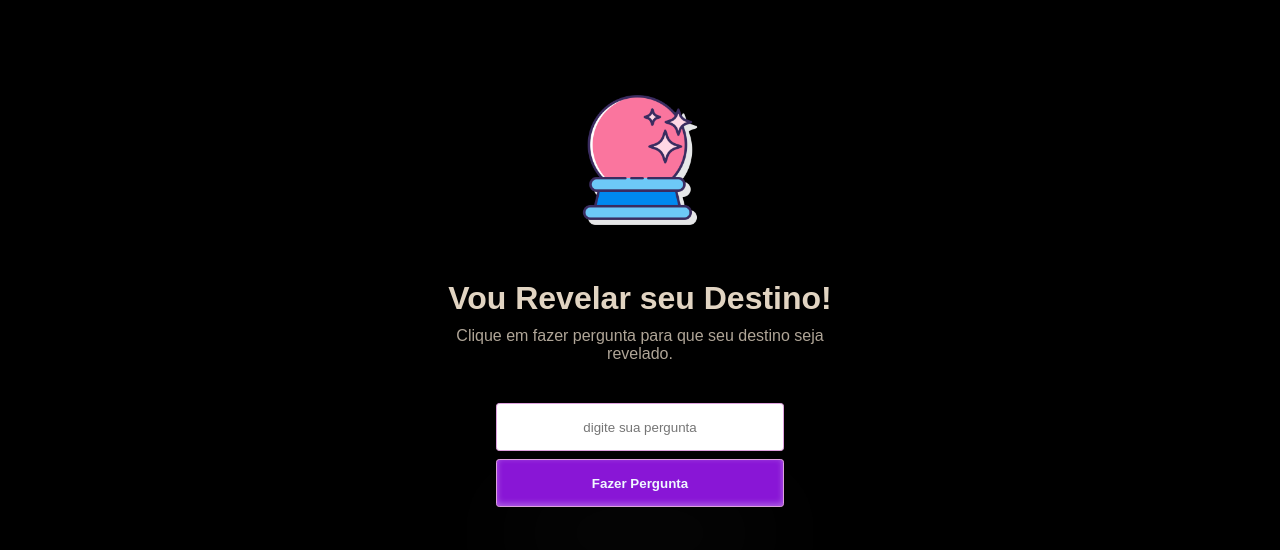
Repository: guilhermecardoso93/nlwexplorer
Page: index.html
These files come from the project's save history. The page is drawn as it stood at one moment and after the next save; the edit follows.
The browser window is 1280 px wide. The pictures show the whole page.

Above is the page before, as saved 2022-06-08 23:58:06.

### index.html
<!DOCTYPE html>
<html lang="pt-br">
  <head>
    <meta charset="UTF-8" />
    <meta http-equiv="X-UA-Compatible" content="IE=edge" />
    <meta name="viewport" content="width=device-width, initial-scale=1.0" />
    <link rel="stylesheet" href="./styles.css" />
    <title>NLW Explorer</title>
  </head>
  <body>
    <div class="principal">
      <img
        src="./cristalball.png"
        alt="Imagem de uma bola de cristal"
        id="cristalBallImg"
      />
      <h1>Vou Revelar seu Destino!</h1>
      <p>Clique em fazer pergunta para que seu destino seja revelado.</p>
      <input type="text" placeholder="digite sua pergunta" />
      <button>Fazer Pergunta</button>
    </div>
  </body>
  <script src="./script.js"></script>
</html>

### styles.css
* {
  margin: 0;
  padding: 0;
  box-sizing: border-box;
}
body {
  margin: auto;
  background-color: black;
  color: antiquewhite;
  text-align: center;
  font-family: sans-serif;
}

h1 {
  margin-top: 40px;
  margin-bottom: 10px;
  opacity: 0.9;
}

p {
  margin-bottom: 40px;
  opacity: 0.7;
}

#cristalBallImg {
  width: 10rem;
}

.principal {
  display: flex;
  flex-direction: column;
  margin: auto;
  margin-top: 5rem;
  max-width: 400px;
  width: 80%;
  align-items: center;
}

.principal input, button {
  display: block;
}

.principal input {
  width: 18rem;
  height: 3rem;
  text-align: center;

  border: 1px solid plum;
  border-radius: 0.2rem;
}

.principal input:hover {
  border: 2px double pink;
}

button {
  width: 18rem;
  height: 3rem;
  text-align: center;
  font-weight: 600;
  color: aliceblue;
  background-color: rgb(137, 22, 214);
  border: 1px solid plum;
  border-radius: 0.2rem;
  margin-top: 0.5rem;
  box-shadow: rgba(255, 255, 255, 0.25) 0px 50px 100px -20px,
    rgba(255, 251, 251, 0.3) 0px 30px 60px -30px,
    rgba(255, 255, 255, 0.35) 0px -2px 6px 0px inset;
}

button:hover {
  box-shadow: rgb(85, 91, 255) 0px 0px 0px 1px,
    rgb(255, 255, 255) 0px 0px 0px 2px, rgb(8, 23, 153) 0px 0px 0px 3px,
    rgb(60, 11, 100) 0px 0px 0px 4px, rgb(108, 57, 228) 0px 0px 0px 5px;
}

Loaded but not shown: script.js (no stored copy; drawn as an empty file)

After the next save:
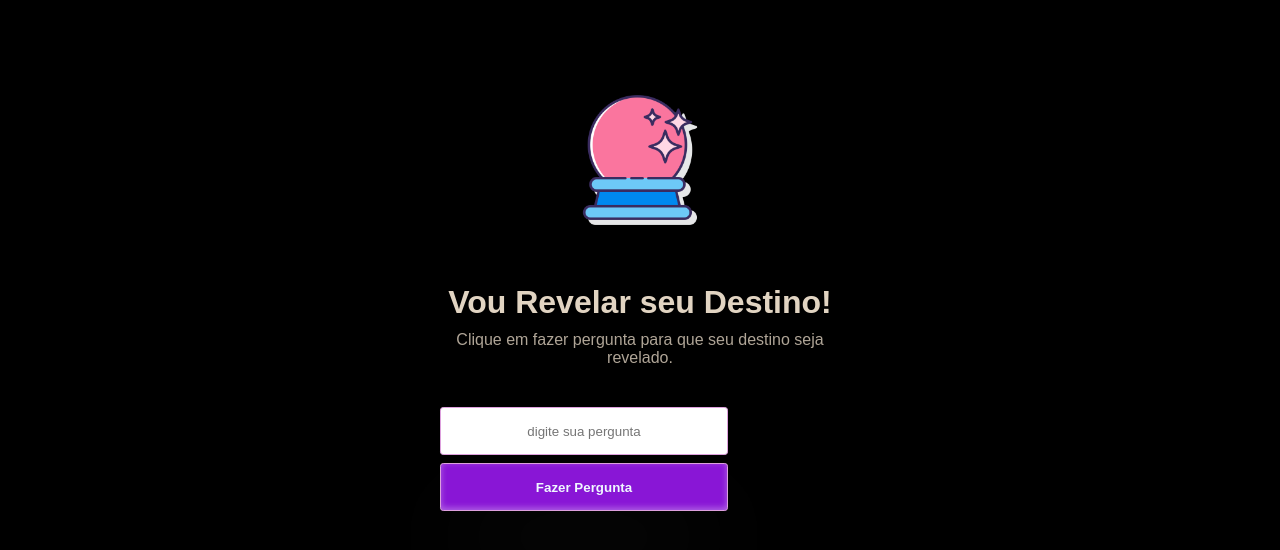
Saved 12 s later.
--- a/styles.css
+++ b/styles.css
@@ -26,9 +26,9 @@
   width: 10rem;
 }
 
-.principal {
+.principal {/*
   display: flex;
-  flex-direction: column;
+  flex-direction: column;*/
   margin: auto;
   margin-top: 5rem;
   max-width: 400px;
